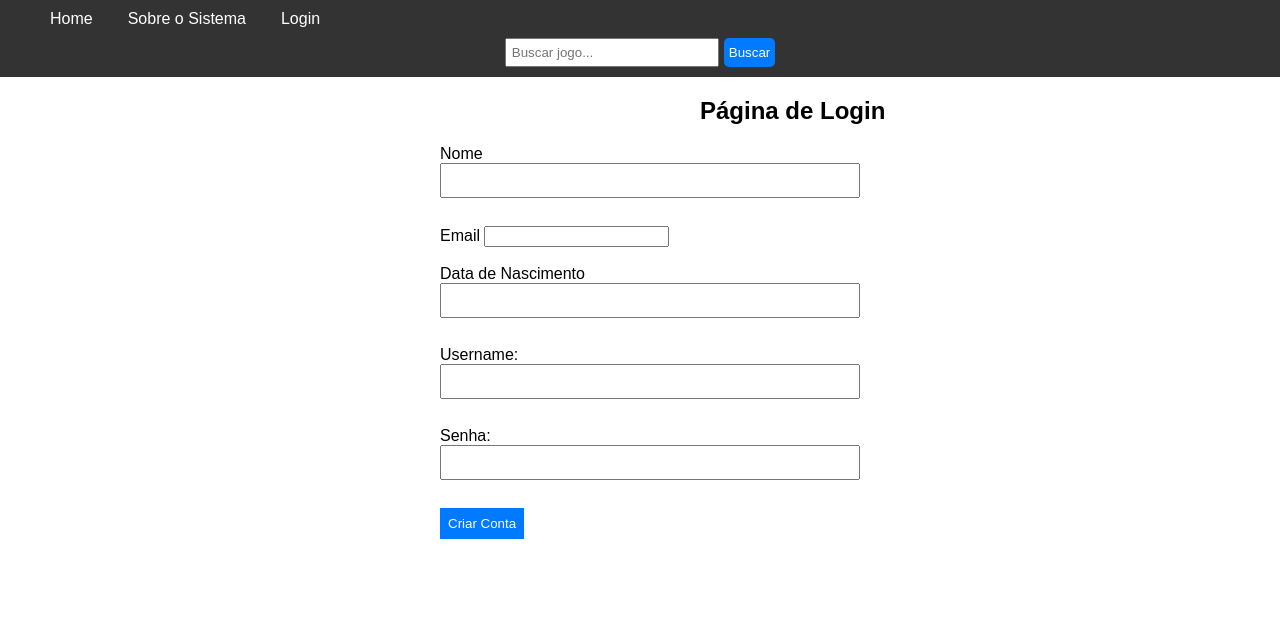
Repository: lucasparila/JogosEletronicos
Page: http://localhost/JogosEletronicos/view/criar-conta.jsp
The author's editor kept a copy of each file at every save. The page is drawn from the files as they stood at one save, then again after the next save.
The browser window is 1280 px wide. The pictures show the whole page.
The page is served by Tomcat 9. Other server files are loaded and not shown.

Above is the page before, as saved 2025-05-17 18:53:43.

### JogosEletronicos/src/main/webapp/view/criar-conta.jsp
<%@ page contentType="text/html; charset=UTF-8" pageEncoding="UTF-8" %>
<!DOCTYPE html>
<html>
<head>
    <title>Criar Conta</title>
    <link rel="stylesheet" href="<%= request.getContextPath() %>/css/header.css">
    <link rel="stylesheet" href="<%= request.getContextPath() %>/css/criar-conta.css">
</head>
<body>



	<jsp:include page="header.jsp" />
    <h2 class="titulo-conta">Página de Login</h2>
    <form class="form-conta" action="<%= request.getContextPath() %>/criar-conta" method="post" method="get">

    	<label>Nome</label>
    	 <input type="text" name="nome" required><br><br>

    	 <label>Email</label>
    	 <input type="email" name="email" required><br><br>

    	 <label>Data de Nascimento</label>
    	 <input type="text" name="dataNascimento" required><br><br>


        <label>Username:</label>
        <input type="text" name="username" required><br><br>

        <label>Senha:</label>
        <input type="text" name="senha" required><br><br>

        <input type="submit" value="Criar Conta">
    </form>

### JogosEletronicos/src/main/webapp/view/header.jsp
<%@ page contentType="text/html; charset=UTF-8" pageEncoding="UTF-8" session="true" %>
<!DOCTYPE html>
<html>
<head>
    <title>Header</title>
    <link rel="stylesheet" href="<%= request.getContextPath() %>/css/header.css">
</head>
<body>

<%
    String username = (String) session.getAttribute("username");
    String contextPath = request.getContextPath();
%>

<header>
    <nav class="navbar">

            <% if (username != null) { %>
            	 <ul class="menu">
            		<li><a href="<%= contextPath %>/index.jsp">Home</a></li>
            		<li><a href="<%= contextPath %>/view/sobre-sistema.jsp">Sobre o Sistema</a></li>
            		<li><a href="<%= contextPath %>/view/exibirJogo.jsp">Meus jogos</a></li>
            		<li class="usuario"><span class="saudacao"><%= username %>!</span></li>
               		<li class="sair"><a href="<%= contextPath %>/logout" class="logout">Sair</a></li>
       			 </ul>

            <% } else { %>
           		 <ul class="menu">
           			 <li><a href="<%= contextPath %>/index.jsp">Home</a></li>
            		 <li><a href="<%= contextPath %>/view/sobre-sistema.jsp">Sobre o Sistema</a></li>
            		 <li><a href="<%= contextPath %>/view/login.jsp">Login</a></li>
       			 </ul>

            <% } %>
    </nav>

    <!-- Campo de busca -->
    <form action="<%= contextPath %>/buscar-jogo" method="post" class="search-form">
        <input type="text" name="titulo" placeholder="Buscar jogo..." required>
        <button type="submit">Buscar</button>
    </form>
</header>

</body>
</html>

### JogosEletronicos/src/main/webapp/css/header.css
body, html {
    margin: 0;
    padding: 0;
    font-family: Arial, sans-serif;
}

header {
    background-color: #333;
    padding: 10px;
    display: flex;
    flex-direction: column;
    align-items: center;
}

.navbar {
    display: flex;
    justify-content: space-between;
    width: 100%;
    max-width: 1200px;
    align-items: center;
}

.menu {
    list-style: none;
    padding: 0;
    margin: 0;
    display: flex;
}

.menu li {
    margin-right: 15px;
}

.menu li a {
    color: #fff;
    text-decoration: none;
    padding: 5px 10px;
    transition: background-color 0.3s;
}

.menu li a:hover {
    background-color: #555;
}

.usuario{
	margin-left: 700px;
}

.sair{
	margin-left: 800px;
}
.search-form {
    margin-top: 10px;
    display: flex;
    justify-content: center;
    width: 100%;
}

.search-form input[type="text"] {
    padding: 5px;
    margin-right: 5px;
    width: 200px;
}

.search-form button {
    padding: 5px;
    background-color: #007bff;
    color: #fff;
    border: none;
    cursor: pointer;
    border-radius: 5px;
}

.search-form button:hover {
    background-color: #0056b3;
}

### JogosEletronicos/src/main/webapp/css/criar-conta.css
.form-conta {
    display: block;
    max-width: 400px;
    margin: auto;
}

.titulo-conta{
	margin-left: 700px;
}

.form-conta input[type="text"],
.form-conta textarea,
.form-conta input[type="file"] {
    width: 100%;
    padding: 8px;
    margin-bottom: 10px;
}
.form-conta button,
.form-conta input[type="submit"] {
    padding: 8px;
    background-color: #007bff;
    color: white;
    border: none;
    cursor: pointer;
}

After the next save:
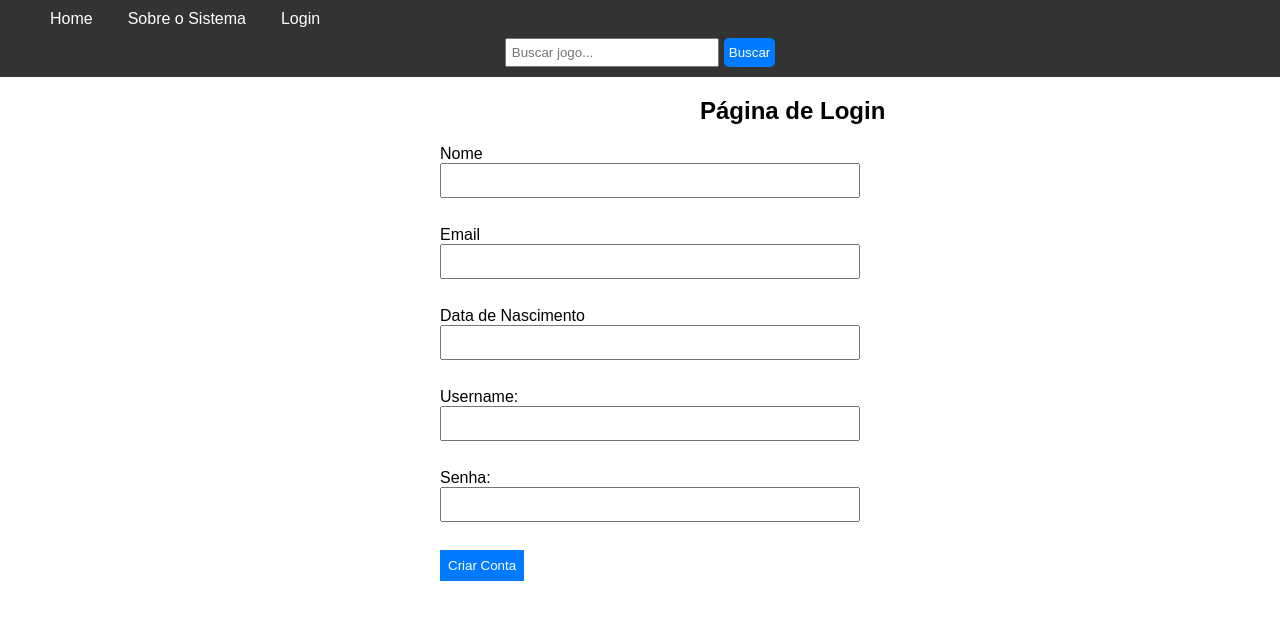
Saved 97 s later.
--- a/JogosEletronicos/src/main/webapp/view/criar-conta.jsp
+++ b/JogosEletronicos/src/main/webapp/view/criar-conta.jsp
@@ -18,7 +18,7 @@
     	 <input type="text" name="nome" required><br><br>
 
     	 <label>Email</label>
-    	 <input type="email" name="email" required><br><br>
+    	 <input type="text" name="email" required><br><br>
 
     	 <label>Data de Nascimento</label>
     	 <input type="text" name="dataNascimento" required><br><br>
